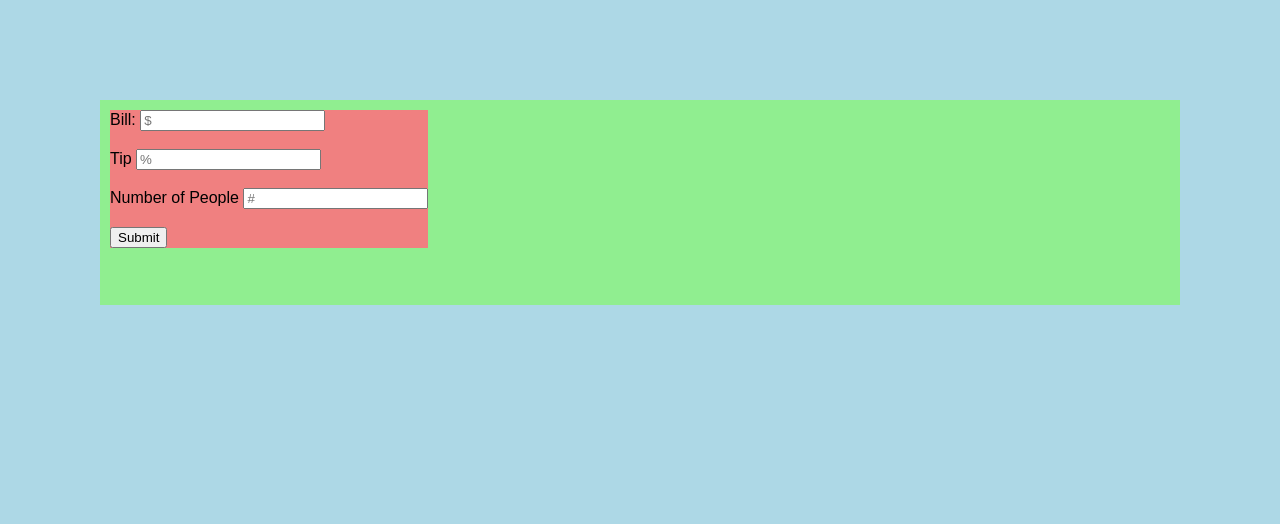
Repository: SamirIngley/Tip-Calculator
Page: tip_display.html
An editor plug-in stored every save of this project. The page is shown before and after the next save, followed by the edit.
The browser window is 1280 px wide. The pictures show the whole page.

Above is the page before, as saved 2020-02-13 08:10:35.

After the next save:
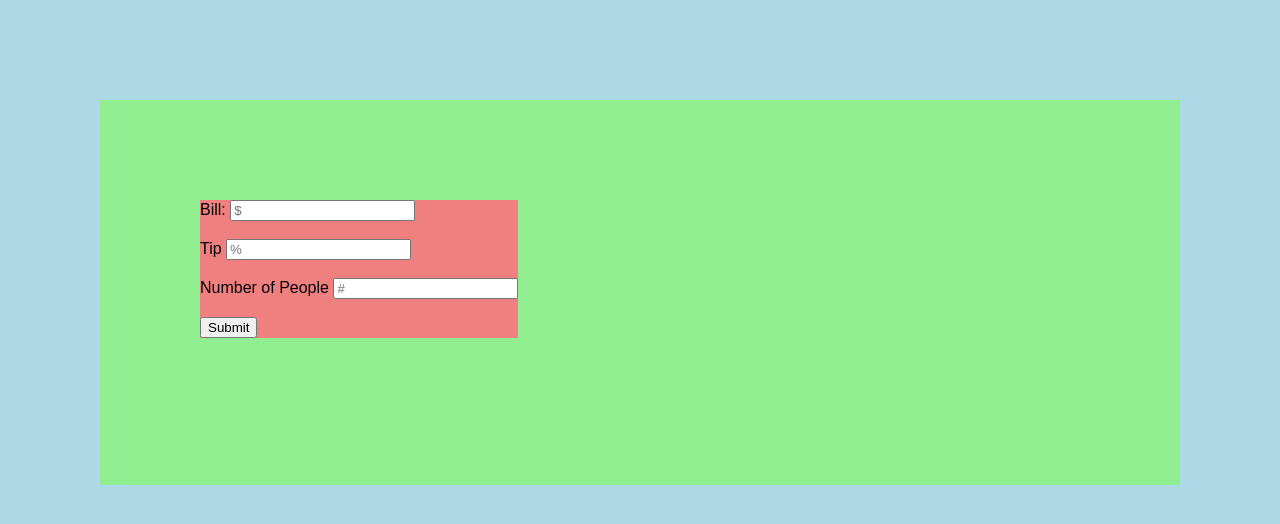
Saved 5 s later.
--- a/style.css
+++ b/style.css
@@ -21,7 +21,7 @@ div.main-content {
     display: flex;
     background-color: lightgreen;
     font-family: Arial, Helvetica, sans-serif;
-    margin: 10px;
+    margin: 100px;
 }
 
 .form {
